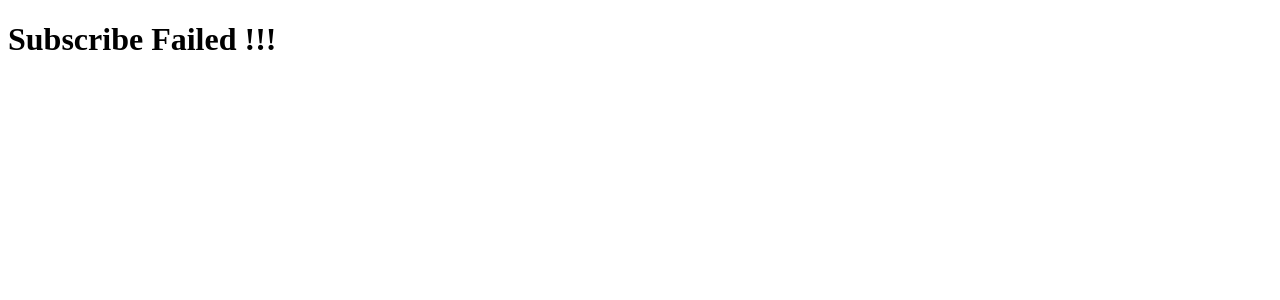
Repository: rkavinash/arkNewsletter
Page: failure.html
An editor plug-in stored every save of this project. The page is shown before and after the next save, followed by the edit.
The browser window is 1280 px wide. The pictures show the whole page.

Above is the page before, as saved 2021-08-25 17:35:30.

### failure.html
<!DOCTYPE html>
<html lang="en">
<head>
    <meta charset="UTF-8">
    <meta http-equiv="X-UA-Compatible" content="IE=edge">
    <meta name="viewport" content="width=device-width, initial-scale=1.0">
    <title>Failure</title>
</head>
<body>
    <h1>Subscribe Failed !!!</h1>
</body>
</html>

After the next save:
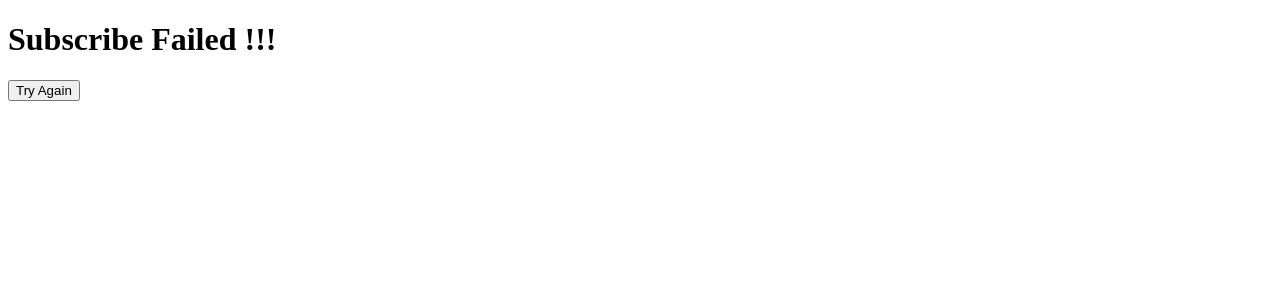
Saved 22 h 33 min later.
--- a/failure.html
+++ b/failure.html
@@ -8,5 +8,6 @@
 </head>
 <body>
     <h1>Subscribe Failed !!!</h1>
+    <button>Try Again</button>
 </body>
 </html>
